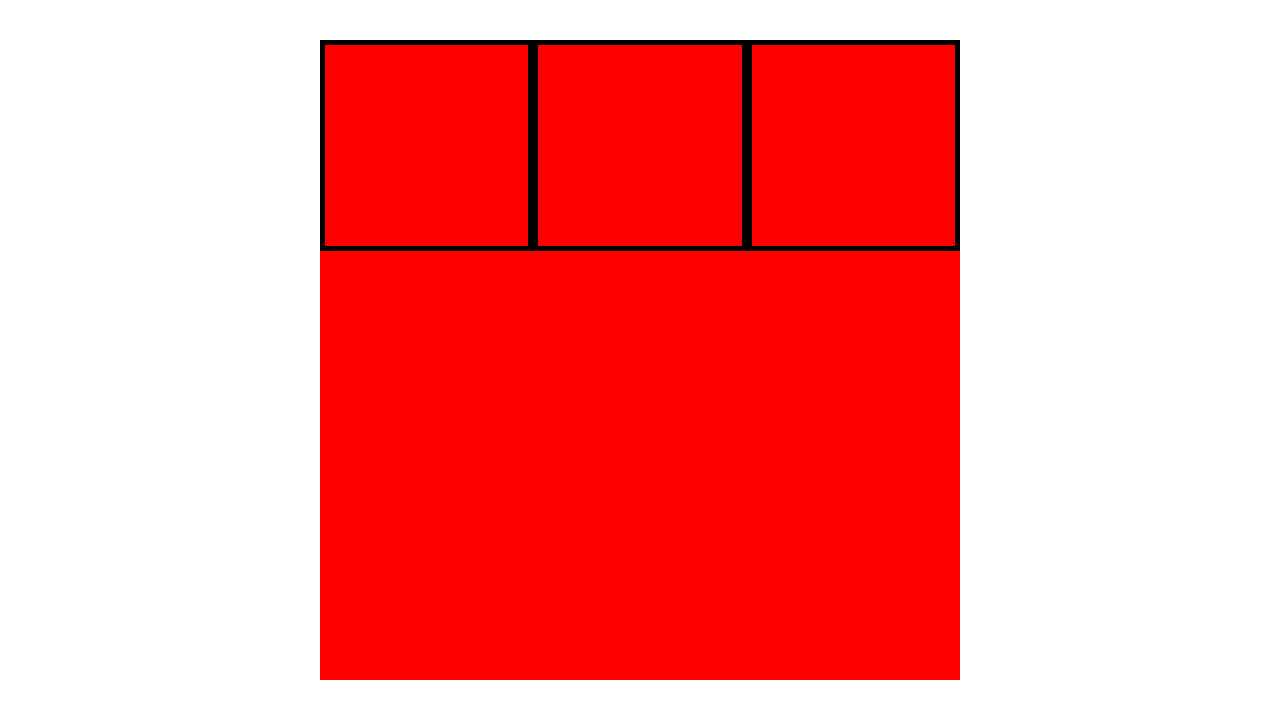
Repository: baumanmilosz/tictactoe
Page: index.html
The author's editor kept a copy of each file at every save. The page is drawn from the files as they stood at one save, then again after the next save.
The browser window is 1280 px wide. The pictures show the whole page.

Above is the page before, as saved 2019-02-21 16:38:07.

After the next save:
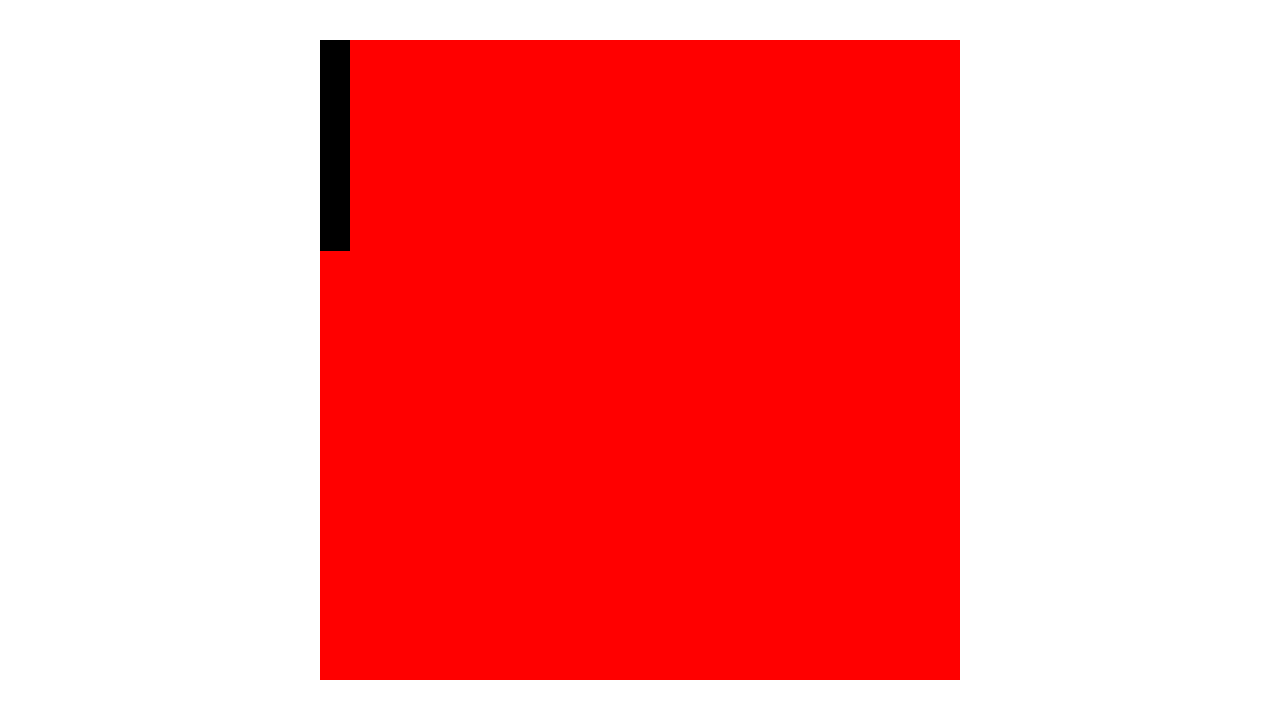
Saved 4 s later.
--- a/style.css
+++ b/style.css
@@ -28,7 +28,7 @@
 }
 
 .row {
-  width: 100%;
+  width: 10px;
   height: 33%;
   display: flex;
   /* flex-wrap: nowrap; */

After the save that followed:
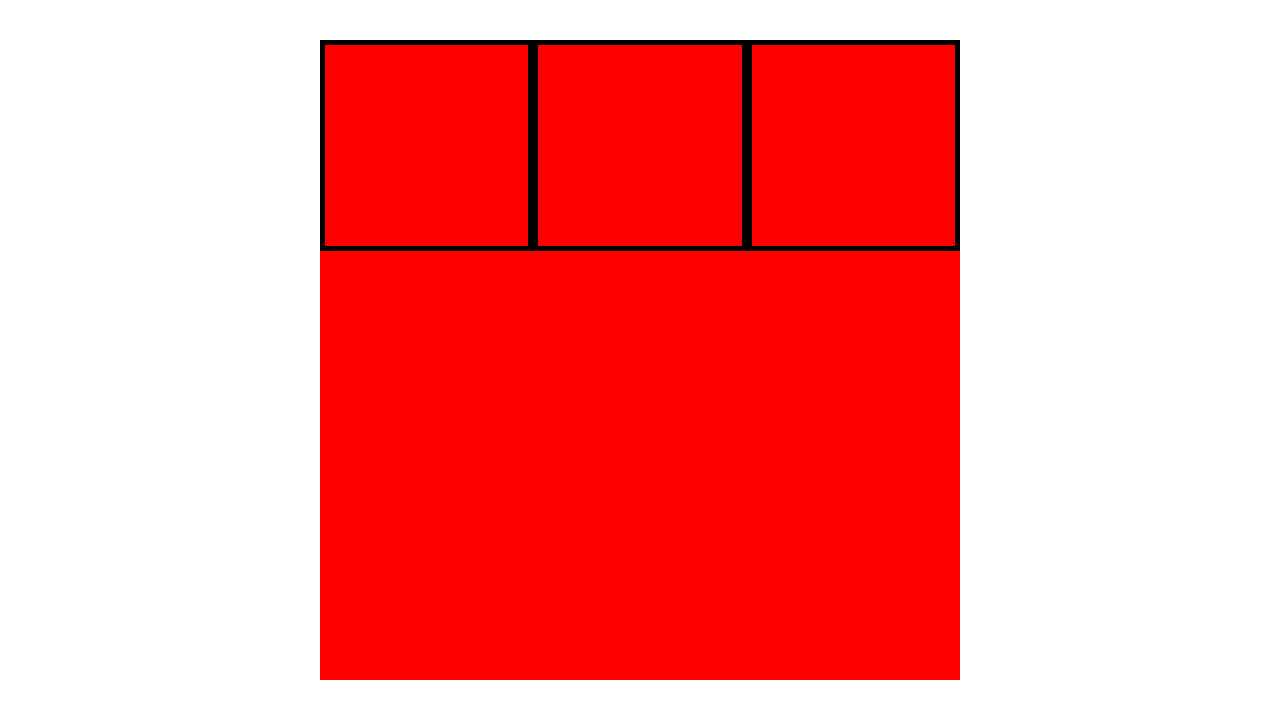
Saved 6 s later.
--- a/style.css
+++ b/style.css
@@ -28,7 +28,7 @@
 }
 
 .row {
-  width: 10px;
+  width: 100%;
   height: 33%;
   display: flex;
   /* flex-wrap: nowrap; */
